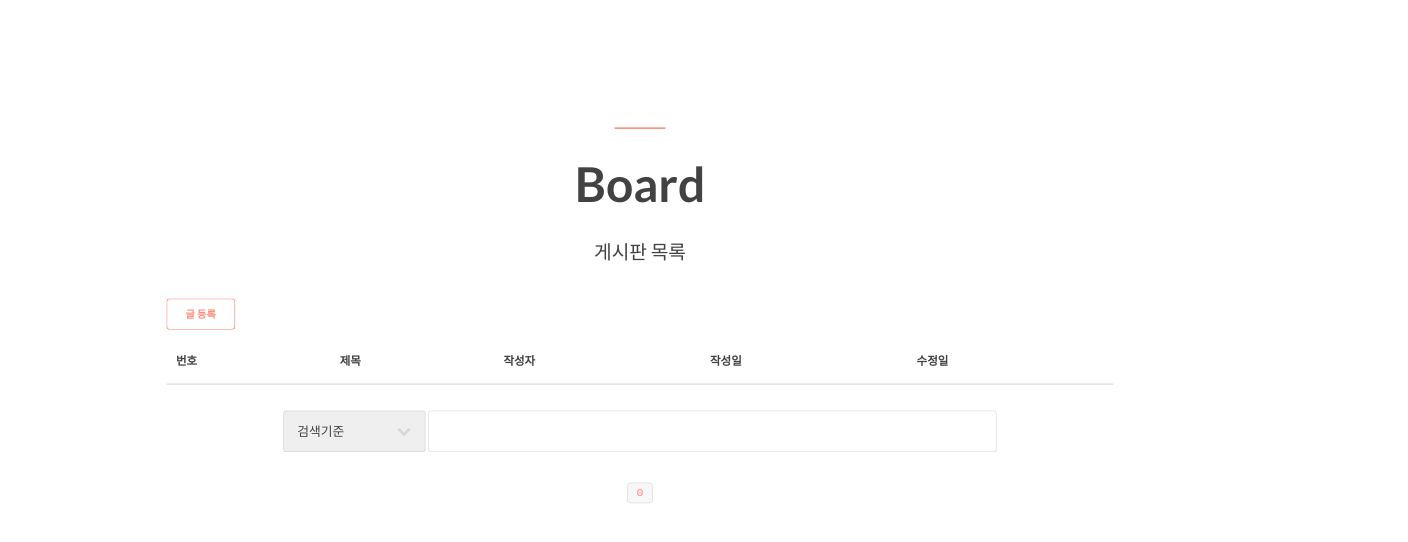
Repository: dlfud/SpringFramework
Page: http://localhost/board/WEB-INF/views/board/list.jsp
These files come from the project's save history. The page is drawn as it stood at one moment and after the next save; the edit follows.
The browser window is 1280 px wide. The page is 1408 px wide, so the pictures cover 1408 px, including what lies to the right of the window. The pictures show the whole page.
The page is served by Tomcat 9. Nobody is signed in. The template is opened directly, without the code that normally fills it, so the values that code supplies are empty.

Above is the page before, as saved 2022-08-26 11:45:26.

After the next save:
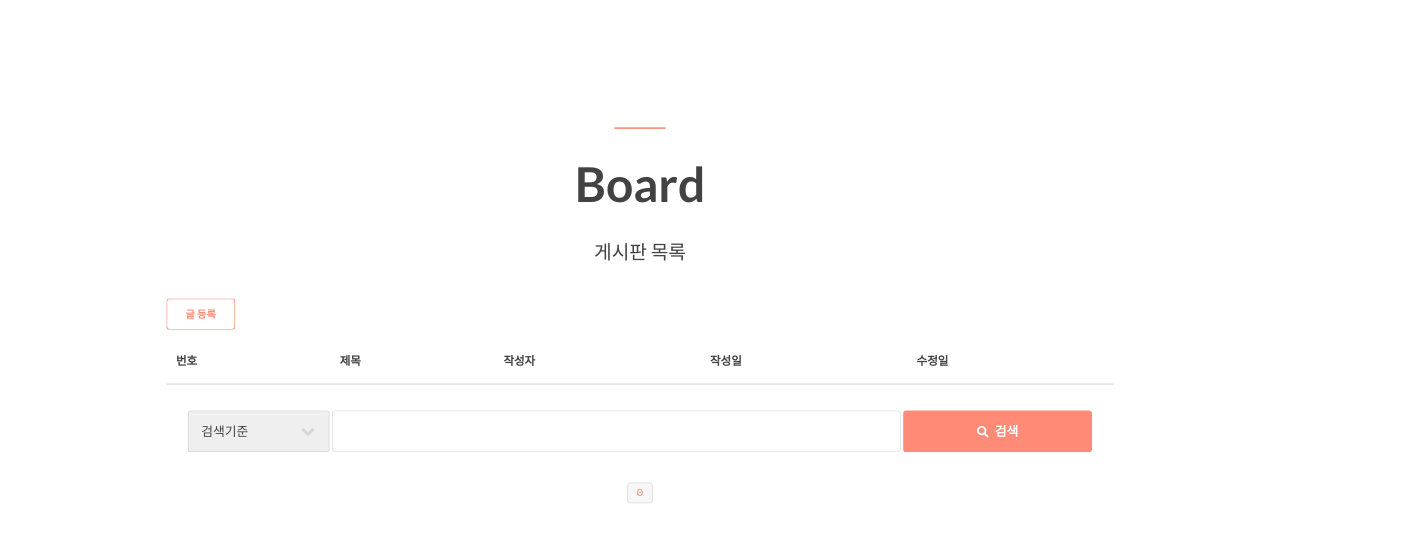
Saved 92 s later.
--- a/board/src/main/webapp/WEB-INF/views/board/list.jsp
+++ b/board/src/main/webapp/WEB-INF/views/board/list.jsp
@@ -90,6 +90,7 @@
 									</select>
 									<input type="text" name="keyword">
 									<input type="hidden" name="pageNum" value="${pageDTO.criteria.pageNum}">
+									<a href="javascript:send()" class="search button primary icon solid fa-search">검색</a>
 								</div>
 							</div>
 						</form>
